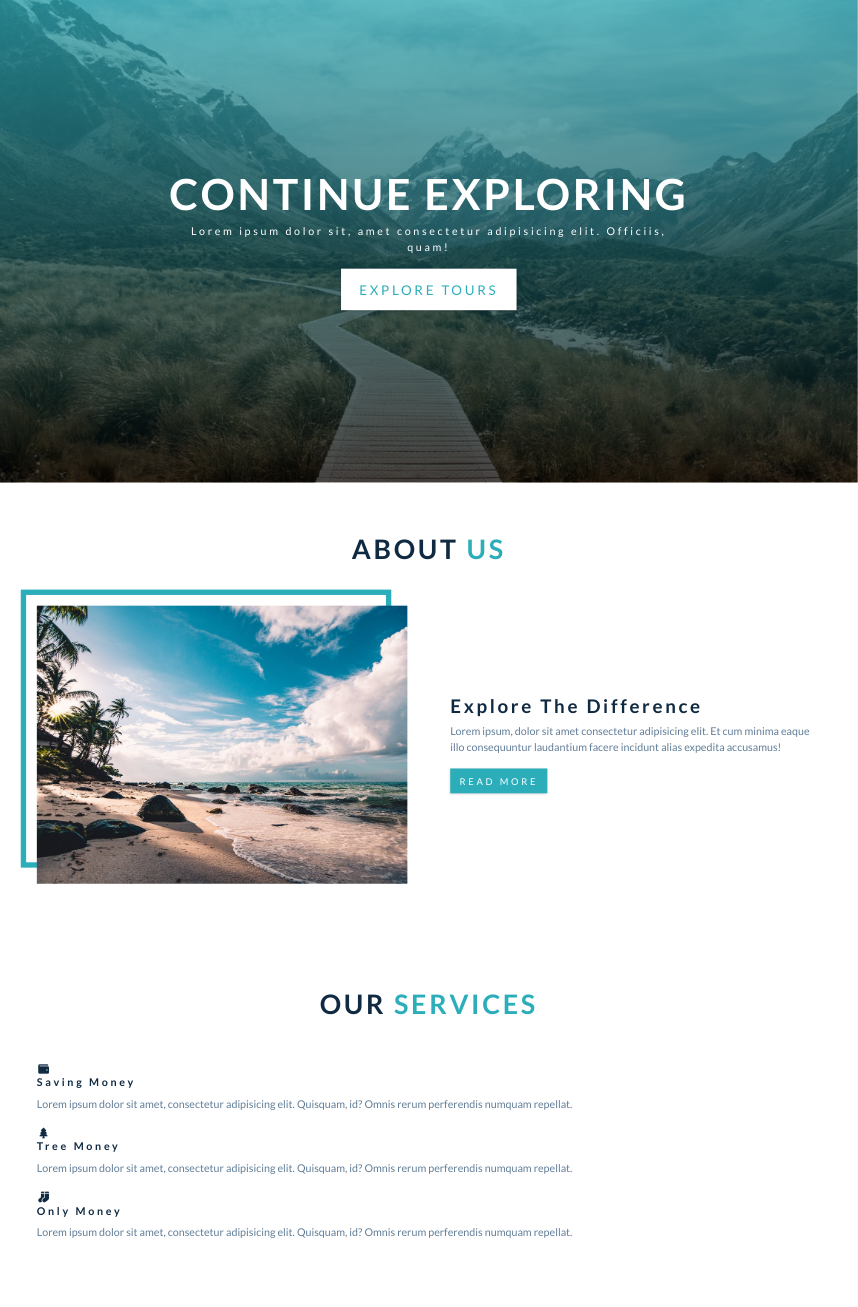
Repository: Ndifoinhilary/flexbox-project
Page: index.html
These files come from the project's save history. The page is drawn as it stood at one moment and after the next save; the edit follows.
The browser window is 1280 px wide. The pictures show the whole page, at 67% of full size.

Above is the page before, as saved 2024-01-21 14:38:39.

### index.html
<!DOCTYPE html>
<html lang="en">
  <head>
    <meta charset="UTF-8" />
    <meta name="viewport" content="width=device-width, initial-scale=1.0" />
    <meta http-equiv="X-UA-Compatible" content="ie=edge" />
    <title>Backroads || Tour Company</title>
    <!-- favicon -->
    <link rel="shortcut icon" href="./images/favicon.ico" type="image/x-icon" />
    <!-- font-awesome -->
    <link rel="stylesheet" href="fontawesome-free-5.9.0-web/css/all.min.css" />
    <!-- styles css -->
    <link rel="stylesheet" href="./css/main.css" />
  </head>
  <body>
    <header id="home">
      <!-- nav bar -->
      <!-- end of nav bar -->
  <!-- hero section  -->
  <div class="hero">
    <div class="hero-banner">
      <h1>continue exploring</h1>
      <p>Lorem ipsum dolor sit, amet consectetur adipisicing elit. Officiis, quam!</p>
      <a href="#feature" class="btn hero-btn scroll-link ">explore tours</a>
    </div>
  </div>
   <!-- end of hero section  -->
    </header>
    <!-- end of header -->
   <!-- section -->
    <section class="section" id="about">
      <!-- section title -->
      <div class="section-title">
        <h2>about <span>us</span></h2>
      </div>
            <!-- section title -->
        <div class="section-center about-center">
          <!-- about image wrapper -->
          <article class="about-img">
            <img src="./images/about.jpeg"  class="about-photo" alt="awesome">
          </article>
          <!-- about infor -->
          <artilce class="about-info">
            <h3>explore the difference</h3>
            <p>Lorem ipsum, dolor sit amet consectetur adipisicing elit. Et cum minima eaque illo consequuntur laudantium facere incidunt alias expedita accusamus!</p>
            <a href="#" class="btn">read more</a>
          </artilce>
        </div>
    </section>
    <!-- end of about  section -->


    <!-- service section start -->

    <section class="section services" id="servics">
      <div class="section-title">
        <h2>our <span>services</span></h2>
      </div>
      <div class="section-center services-center">
        <!-- single service -->
        <article class="service">
          <span class="service-icon">
            <i class="fas fa-wallet fa-fw"></i>
          </span>
          <div class="service-info">
            <h4 class="service-title" >saving money</h4>
            <p class="service-text"> Lorem ipsum dolor sit
              amet, consectetur adipisicing elit. Quisquam, id?
               Omnis rerum perferendis numquam repellat.</p>
          </div>
        </article>
        <article class="service">
          <span class="service-icon">
            <i class="fas fa-tree fa-fw"></i>
          </span>
          <div class="service-info">
            <h4 class="service-title" >tree money</h4>
            <p class="service-text"> Lorem ipsum dolor sit
              amet, consectetur adipisicing elit. Quisquam, id?
               Omnis rerum perferendis numquam repellat.</p>
          </div>
        </article>
         <article class="service">
          <span class="service-icon">
            <i class="fas fa-socks fa-fw"></i>
          </span>
          <div class="service-info">
            <h4 class="service-title" >only  money</h4>
            <p class="service-text"> Lorem ipsum dolor sit
              amet, consectetur adipisicing elit. Quisquam, id?
               Omnis rerum perferendis numquam repellat.</p>
          </div>
        </article>
      </div>
      </section>



    <!-- end of service section start -->
  </body>
</html>

### css/main.css
/*
===============
Fonts
===============
*/
@import url("https://fonts.googleapis.com/css?family=Lato:400,700&display=swap");

/*
===============
Variables
===============
*/

:root {
  /* dark shades of primary color*/
  --clr-primary-1: hsl(184, 91%, 17%);
  --clr-primary-2: hsl(185, 84%, 25%);
  --clr-primary-3: hsl(185, 81%, 29%);
  --clr-primary-4: hsl(184, 77%, 34%);
  /* primary/main color */
  --clr-primary-5: hsl(185, 62%, 45%);
  /* lighter shades of primary color */
  --clr-primary-6: hsl(185, 57%, 50%);
  --clr-primary-7: hsl(184, 65%, 59%);
  --clr-primary-8: hsl(184, 80%, 74%);
  --clr-primary-9: hsl(185, 94%, 87%);
  --clr-primary-10: hsl(186, 100%, 94%);
  /* darkest grey - used for headings */
  --clr-grey-1: hsl(209, 61%, 16%);
  --clr-grey-2: hsl(211, 39%, 23%);
  --clr-grey-3: hsl(209, 34%, 30%);
  --clr-grey-4: hsl(209, 28%, 39%);
  /* grey used for paragraphs */
  --clr-grey-5: hsl(210, 22%, 49%);
  --clr-grey-6: hsl(209, 23%, 60%);
  --clr-grey-7: hsl(211, 27%, 70%);
  --clr-grey-8: hsl(210, 31%, 80%);
  --clr-grey-9: hsl(212, 33%, 89%);
  --clr-grey-10: hsl(210, 36%, 96%);
  --clr-white: #fff;
  --ff-primary: "Lato", sans-serif;
  --transition: all 0.3s linear;
  --spacing: 0.25rem;
  --radius: 0.5rem;
  --light-shadow: 0 5px 15px rgba(0, 0, 0, 0.1);
  --dark-shadow: 0 5px 15px rgba(0, 0, 0, 0.2);
}
/*
===============
Global Styles
===============
*/

* {
  margin: 0;
  padding: 0;
  box-sizing: border-box;
}
body {
  font-family: var(--ff-primary);
  background: var(--clr-white);
  color: var(--clr-grey-1);
  line-height: 1.5;
  font-size: 0.875rem;
}
a {
  text-decoration: none;
}
/* img:not(.nav-logo) {
  width: 100%;
  display: block;
} */
img {
  width: 100%;
  display: block;
}
h1,
h2,
h3,
h4 {
  letter-spacing: var(--spacing);
  text-transform: capitalize;
  line-height: 1.25;
  margin-bottom: 0.75rem;
}
h1 {
  font-size: 3rem;
}
h2 {
  font-size: 2rem;
}
h3 {
  font-size: 1.25rem;
}
h4 {
  font-size: 0.875rem;
}
p {
  margin-bottom: 1.25rem;
  color: var(--clr-grey-5);
}
@media screen and (min-width: 800px) {
  h1 {
    font-size: 4rem;
  }
  h2 {
    font-size: 2.5rem;
  }
  h3 {
    font-size: 1.75rem;
  }
  h4 {
    font-size: 1rem;
  }
  body {
    font-size: 1rem;
  }
  h1,
  h2,
  h3,
  h4 {
    line-height: 1;
  }
}
/*  global classes */

.btn {
  text-transform: uppercase;
  background: var(--clr-primary-5);
  color: var(--clr-white);
  padding: 0.375rem 0.75rem;
  letter-spacing: var(--spacing);
  display: inline-block;
  /* font-weight: 700; */
  transition: var(--transition);
  font-size: 0.875rem;
  border: 2px solid transparent;
  cursor: pointer;
  box-shadow: 0 1px 3px rgba(0, 0, 0, 0.2);
}
.btn:hover {
  color: var(--clr-primary-1);
  background: var(--clr-primary-8);
}
.section {
  padding: 5rem 0;
}
.section-title {
  text-align: center;
  margin-bottom: 4rem;
}
.section-title h2 {
  text-transform: uppercase;
}
.section-title span {
  color: var(--clr-primary-5);
}
.section-center {
  width: 90vw;
  margin: 0 auto;
  max-width: 1170px;
}
@media screen and (min-width: 992px) {
  .section-center {
    width: 95vw;
  }
}
/*
===============
Navbar
===============
*/

/*
===============
Hero
===============
*/
.hero {
  min-height: 100vh;
  background: var(--clr-primary-5);
  display: flex;
  justify-content: center;
  align-items: center;
}
.hero-banner {
  text-align: center;
  color: var(--clr-white);
  padding: 0 3rem;
}
.hero-banner h1 {
  text-transform: uppercase;
}
.hero-banner p {
  max-width: 35rem;
  margin-left: auto;
  margin-right: auto;
  color: var(--clr-white);
  letter-spacing: var(--spacing);
}
.hero-btn {
  padding: 0.9rem 1.6rem;
  font-size: 1.25rem;
  background: var(--clr-white);
  color: var(--clr-primary-5);
}
.hero-btn:hover {
  background: transparent;
  color: var(--clr-white);
  border-color: var(--clr-white);
}
@media screen and (min-width: 768px) {
  .hero {
    background: linear-gradient(rgb(44, 174, 186, 0.7), rgba(0, 0, 0, 0.7)),
      url("../images/main.jpeg") center/cover no-repeat;
  }
  .hero-banner {
    padding: 0;
  }
  .hero-banner p {
    max-width: 45rem;
  }
}
/*
===============
About
===============
*/
/* section add to globals */
/* title add to globals */
/* section center add to globals */
.about-img,
.about-info {
  margin-bottom: 2rem;
}
@media screen and (min-width: 992px) {
  .about-center {
    display: flex;
    justify-content: space-between;
    flex-wrap: wrap;
  }
  .about-img,
  .about-info {
    flex: 0 0 calc(50% - 2rem);
    margin-bottom: 0;
    align-self: center;
  }
}

@media screen and (min-width: 1170px) {
  .about-img::before{
    content: "";
    position: absolute;
    border: 0.5rem solid var(--clr-primary-5);
    box-sizing: border-box;
    height: 100%;
    width: 100%;
    top: -1.5rem;
    left: -1.5rem;

  }
  .about-img{
    position: relative;
  }
  .about-photo{
    position: relative ;
  }
}
/*
===============
Services
===============
*/

/*
===============
Featured Tours
===============
*/
/*
===============
Deals
===============
*/
/*
===============
Gallery
===============
*/

/*
===============
Footer
===============
*/

Loaded but not shown: fontawesome-free-5.9.0-web/css/all.min.css (library)

After the next save:
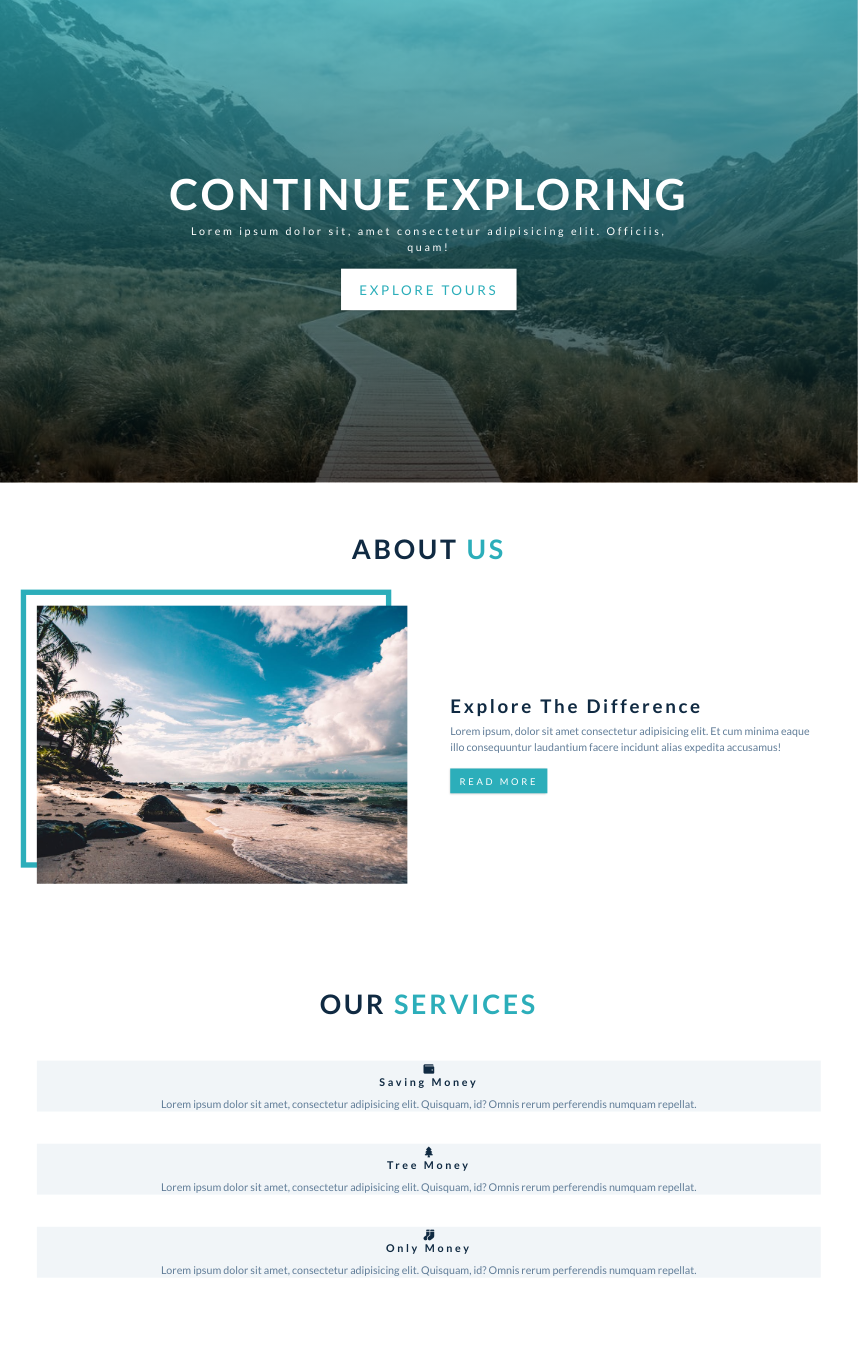
Saved 17 min 10 s later.
--- a/css/main.css
+++ b/css/main.css
@@ -271,7 +271,13 @@ About
 Services
 ===============
 */
-
+.service{
+  background: var(--clr-grey-10);
+}
+.service{
+  text-align: center;
+  margin-bottom: 3rem;
+}
 /*
 ===============
 Featured Tours
